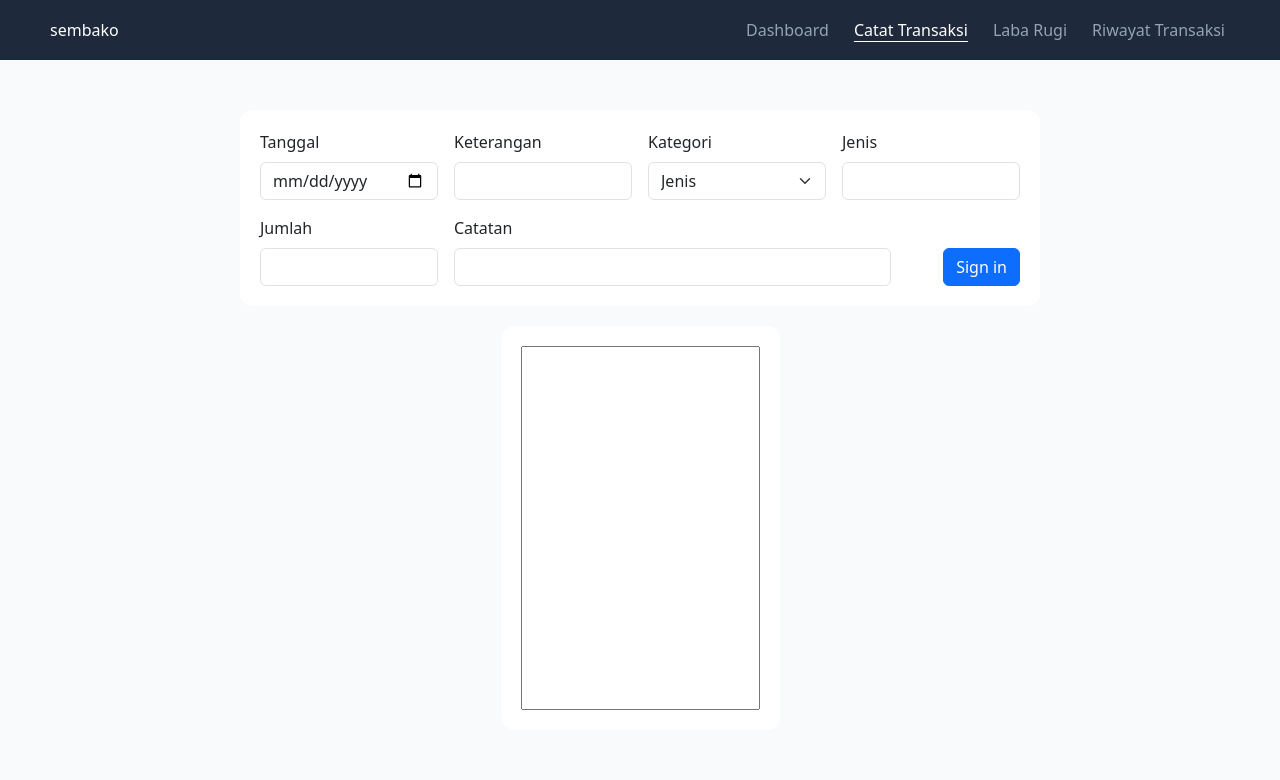
Repository: musdalifahzahra/Projek-Akhir-PWD-2026
Page: http://localhost/3-catat-transaksi.php
An editor plug-in stored every save of this project. The page is shown before and after the next save, followed by the edit.
The browser window is 1280 px wide. The pictures show the whole page.
The page is run by PHP 8.4 with error messages shown; the project is at /var/www/html/.

Above is the page before, as saved 2026-04-10 17:16:43.

### 3-catat-transaksi.php
<!DOCTYPE html>
<html lang="en">

<head>
    <meta charset="UTF-8">
    <meta name="viewport" content="width=device-width, initial-scale=1.0">
    <title>Catat Transaksi</title>
    <link rel="stylesheet" href="https://cdn.jsdelivr.net/npm/bootstrap@5.3.8/dist/css/bootstrap.min.css">
    <link rel="stylesheet" href="template-css.css">
    <link rel="stylesheet" href="3-catat-transaksi-css.css">
</head>

<body>
    <nav>
        <div class="profile">
            <span>sembako</span>
        </div>
        <div class="nav_list">
            <ul>
                <li><a href="2-dashboard.php">Dashboard</a></li>
                <li><a href="3-catat-transaksi.php" class="nav-active">Catat Transaksi</a></li>
                <li><a href="4-laba-rugi.php">Laba Rugi</a></li>
                <li><a href="5-laporan.php">Riwayat Transaksi</a></li>
            </ul>
        </div>
    </nav>

    <div class="wrap">
        <!-- input transaksi -->
        <div class="input-transaksi template">
            <form class="row g-3">
                <!-- tanggal -->
                <div class="col-md-3">
                    <label for="inputCity" class="form-label">Tanggal</label>
                    <input type="date" class="form-control" id="inputCity">
                </div>
                <!-- keterangan -->
                <div class="col-md-3">
                    <label for="inputZip" class="form-label">Keterangan</label>
                    <input type="text" class="form-control" id="inputZip">
                </div>
                <!-- jenis -->
                <div class="col-md-3">
                    <label for="inputZip" class="form-label">Kategori</label>
                    <select class="form-select" aria-label="Default select example">
                        <option selected>Jenis</option>
                        <option value="Pemasukan">Pemasukan</option>
                        <option value="Pengeluaran">Pengeluaran</option>
                    </select>
                </div>
                <!-- catatan -->
                <div class="col-md-3">
                    <label for="inputZip" class="form-label">Jenis</label>
                    <input type="text" class="form-control" id="inputZip">
                </div>
                <!-- kategotri-->
                <div class="col-md-3">
                    <label for="inputZip" class="form-label">Jumlah</label>
                    <input type="number" class="form-control" id="inputZip">
                </div>
                <!-- jumlah -->
                <div class="col-md-7">
                    <label for="inputZip" class="form-label">Catatan</label>
                    <input type="text" class="form-control" id="inputZip">
                </div>
                <!-- submit -->
                <div class="col-md-2 d-flex align-items-end justify-content-end">
                    <button type="submit" class="btn btn-primary">Sign in</button>
                </div>
            </form>
        </div>

        <!-- transaksi terbaru -->
        <div class="transaksi-terbaru template">
            <input type="text">
        </div>
    </div>
</body>

</html>

### template-css.css
:root {
  --color-nav: #1e293b;
  --color-bag-web: #f8fafc;
  --color-card: #ffffff;
  --color-belum-dipencet: #94a3b8;
  --color-kurson: #cbd5e1;
  --color-tulisan-utama: #334155;
  --color-pemasukan: #10b981;
  --color-pengeluaran: #ef4444;
  --color-border: #E2E8F0;
}

nav {
  background-color: var(--color-nav);
  height: 60px;
  display: flex;
  align-items: center;
  justify-content: space-between;
  padding: 0px 50px;
  z-index: 1;
}

nav span {
  color: var(--color-card);
}

nav ul {
  padding: 0px;
  margin: 0px;
  display: flex;
  gap: 20px;
}
nav li {
  margin-right: 5px;
  display: inline;
  font-style: none;
}

nav a {
  color: var(--color-belum-dipencet);
  text-decoration: none;
}

.nav-active {
  color: var(--color-card);
  text-decoration: underline;
  text-underline-offset: 5px;
}

nav a:hover {
  color: var(--color-kurson);
}
body {
  background-color: var(--color-bag-web);
}

### 3-catat-transaksi-css.css
.wrap {
  display: flex;
  flex-direction: column;
  z-index: 2;
  width: 100%;
  min-height: 100vh;
  background-color: var(--color-bag-web);
  padding: 50px 20px;
  gap: 20px;
  justify-content: center;
  align-items: center;
}


.template {
  padding: 20px;
  background-color: var(--color-card);
  border-radius: 13px;
  max-width: 800px;
}

.input-transaksi {
  display: flex;

  /* padding: 20px; */
}

.transaksi-terbaru {
  display: flex;
  flex: 1;
  /* padding: 20px; */
}
form .catat{
    margin: 0px;
    padding: 0px;
}

form-control{
    border: 10px solid var(--color-border);
}

After the next save:
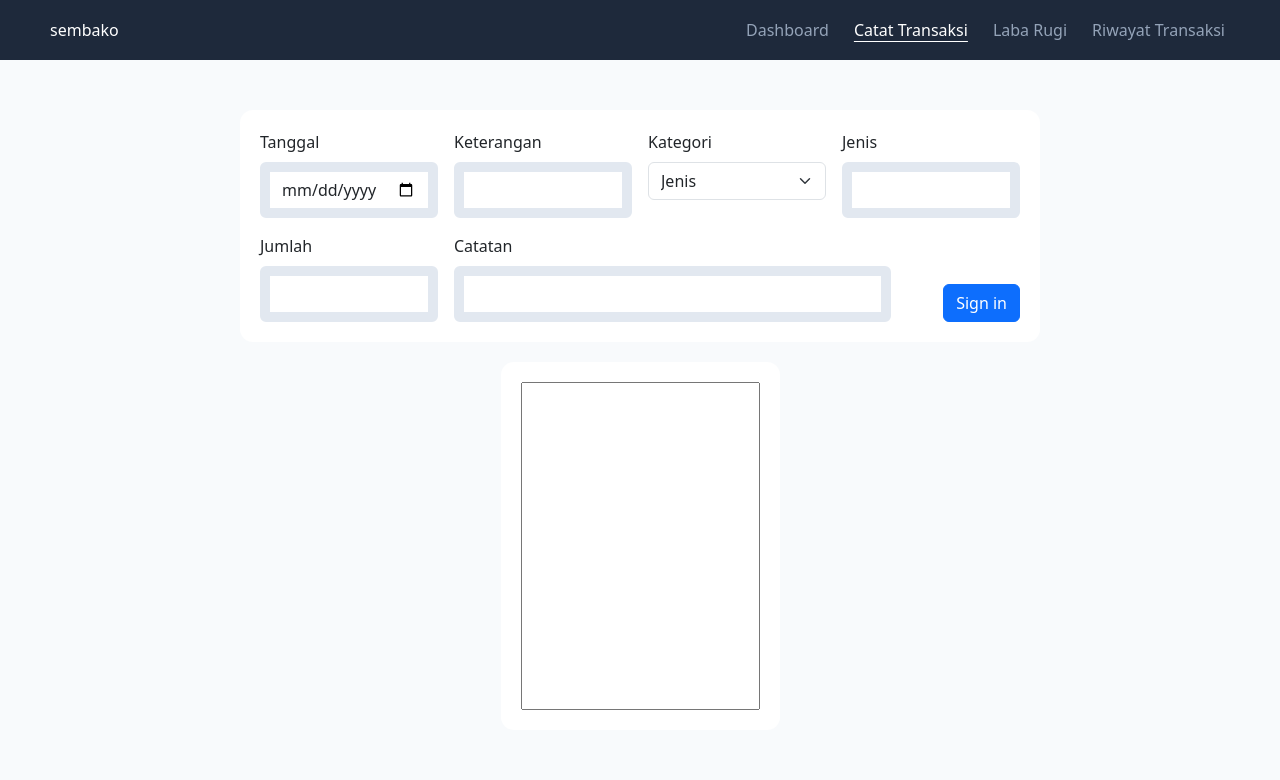
Saved 75 s later.
--- a/3-catat-transaksi-css.css
+++ b/3-catat-transaksi-css.css
@@ -35,6 +35,6 @@
     padding: 0px;
 }
 
-form-control{
+.form-control{
     border: 10px solid var(--color-border);
 }

After the 2 saves that followed:
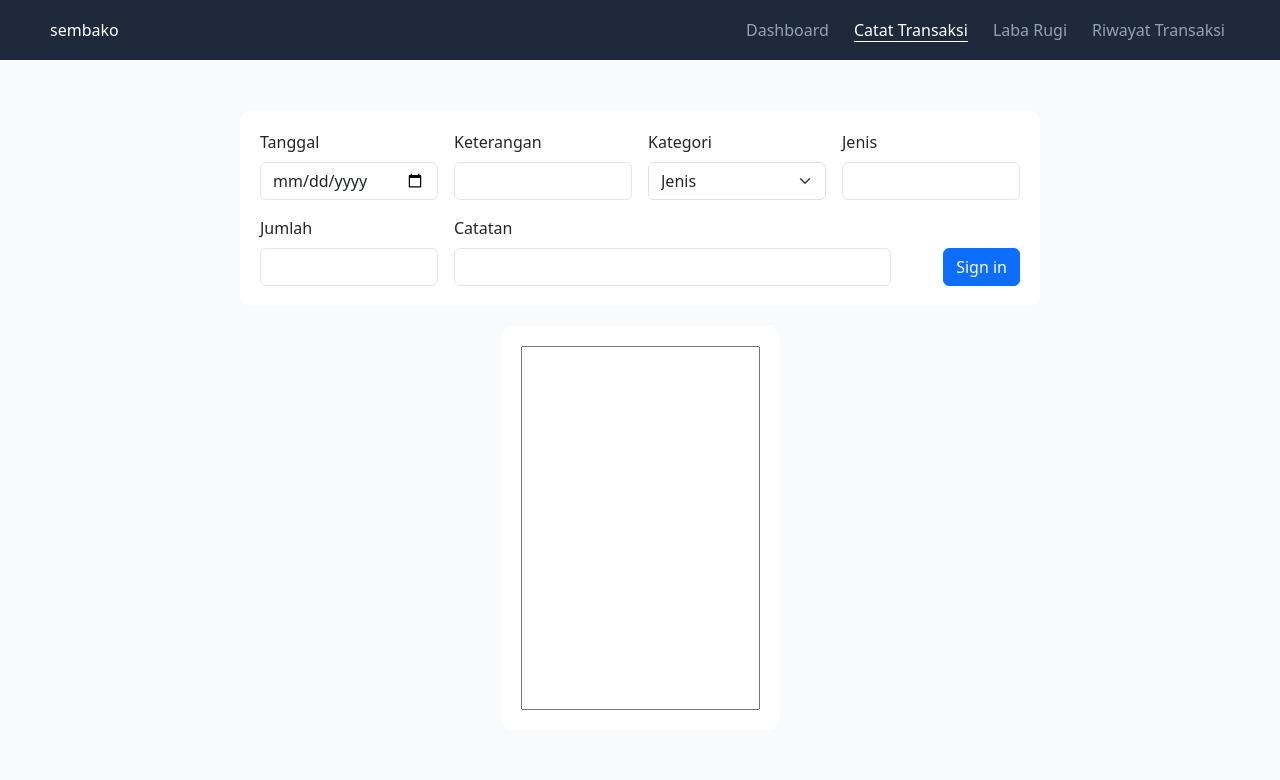
The 2 saves are shown as one change because they came seconds apart.
The last was saved 18 s later.
--- a/3-catat-transaksi-css.css
+++ b/3-catat-transaksi-css.css
@@ -36,5 +36,5 @@
 }
 
 .form-control{
-    border: 10px solid var(--color-border);
+    border: 1.5px solid var(--color-border);
 }
